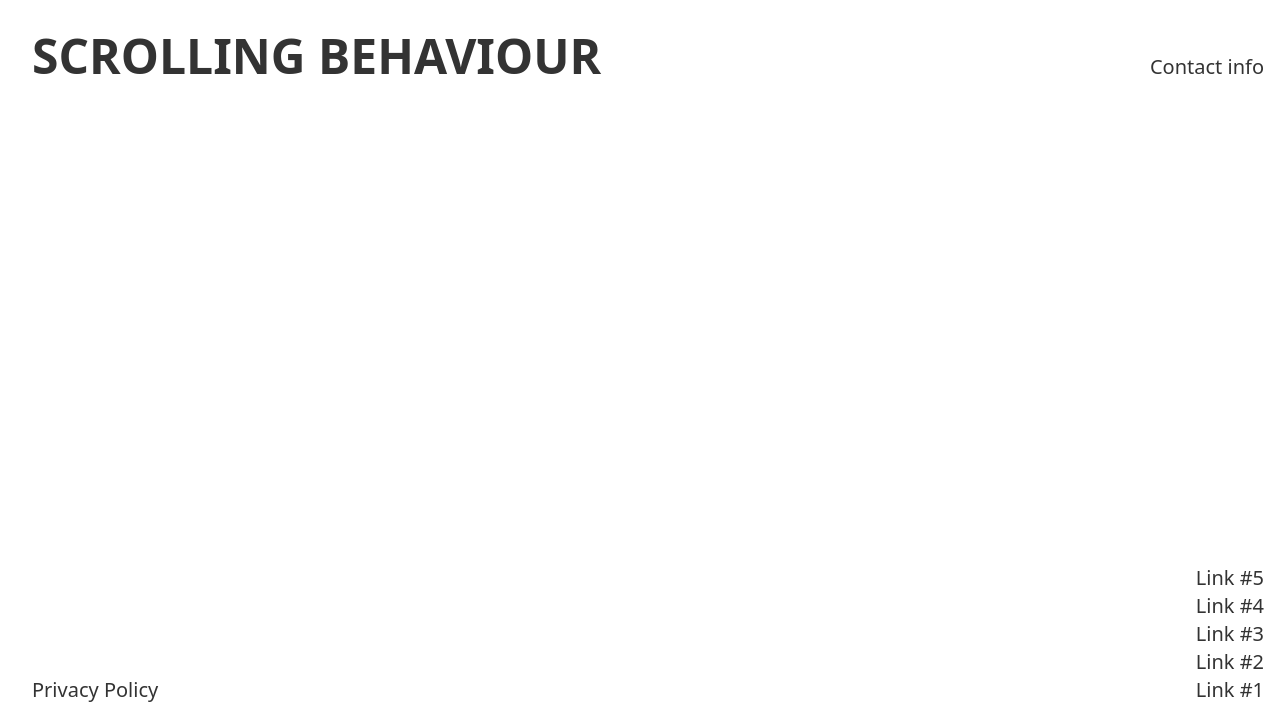
Repository: chelle-c/smooth-scroll-colours
Page: /
The author's editor kept a copy of each file at every save. The page is drawn from the files as they stood at one save, then again after the next save.
The browser window is 1280 px wide. The pictures show the whole page.
The project was rebuilt for these pictures with package versions that can differ from the ones it lists, and the page was loaded fresh each time.

Above is the page before, as saved 2022-09-19 14:09:12.

After the next save:
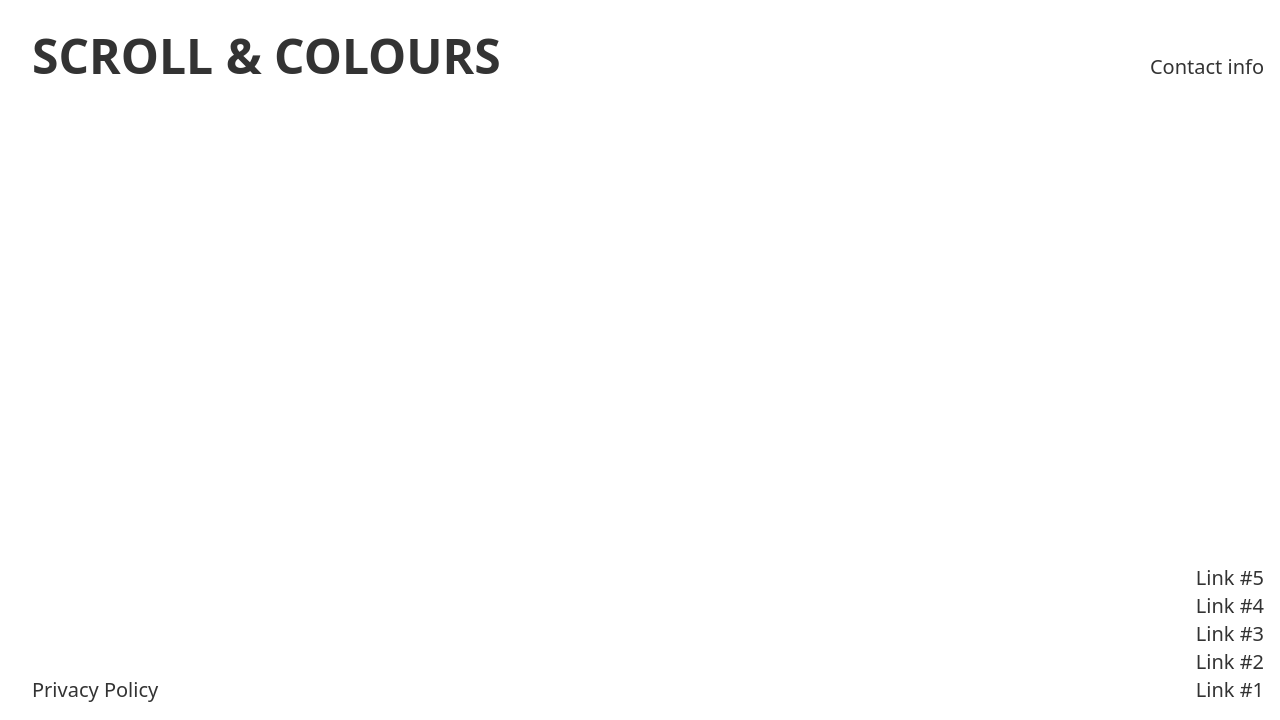
Saved 18 s later.
--- a/src/App.svelte
+++ b/src/App.svelte
@@ -3,7 +3,7 @@
 
 <main class="min-w-full min-h-screen fixed flex flex-col justify-between p-6">
 	<div class="flex flex-row justify-between items-baseline">
-		<div><h1 class='font-sans font-bold text-5xl uppercase'>Scrolling Behaviour</h1></div>
+		<div><h1 class='font-sans font-bold text-5xl uppercase'>Scroll & Colours</h1></div>
 		<div class='font-sans text-xl'>Contact info</div>
 	</div>
 	<div class="flex flex-row justify-between items-end">
